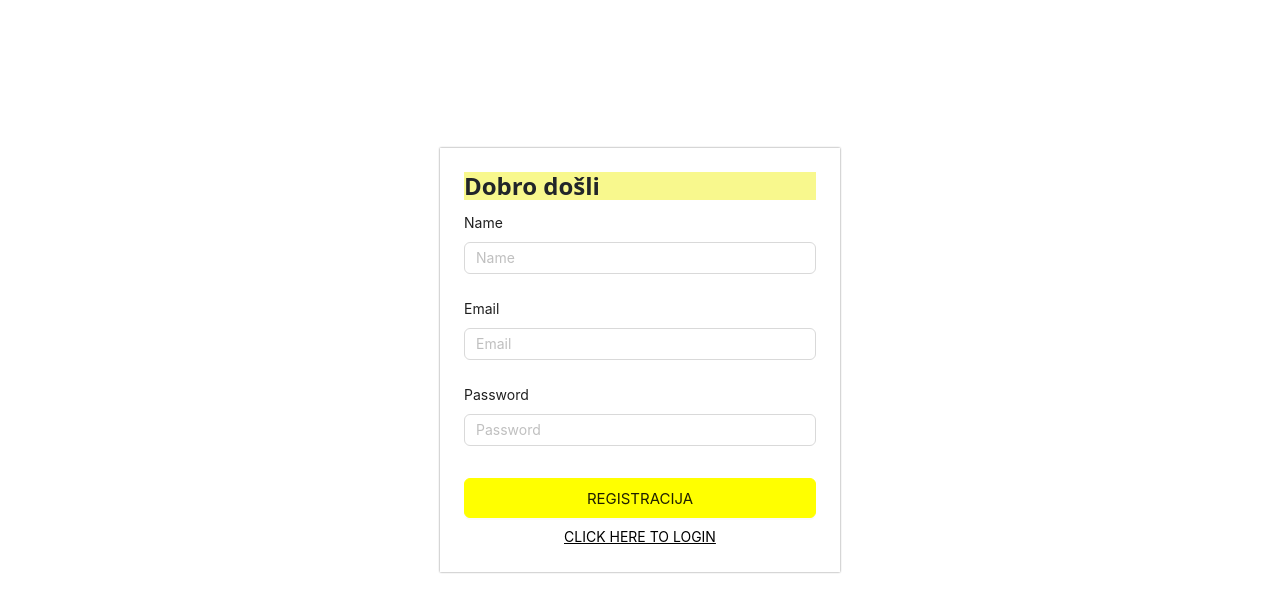
Repository: jbabicsus/okviri
Page: /registracija (app in autoskola/)
The author's editor kept a copy of each file at every save. The page is drawn from the files as they stood at one save, then again after the next save.
The browser window is 1280 px wide. The pictures show the whole page.
The project was rebuilt for these pictures with package versions that can differ from the ones it lists, and the page was loaded fresh each time. Also part of the build but not shown: autoskola/src/stranice/Login.js.

Above is the page before, as saved 2024-05-12 14:18:24.

After the next save:
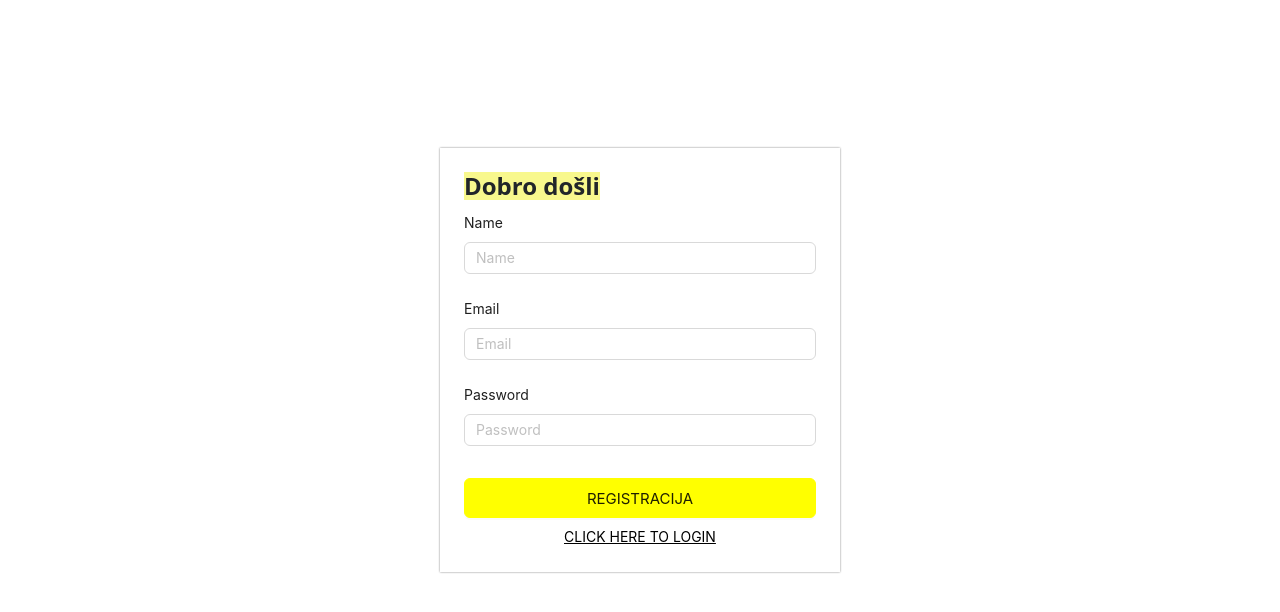
Saved 25 s later.
--- a/autoskola/src/index.css
+++ b/autoskola/src/index.css
@@ -49,4 +49,5 @@ input{
 .autentifikacija .kartica-naslov{
   font-weight: bold;
   background-color: rgb(248, 248, 141);
+  max-width: max-content;
 }
